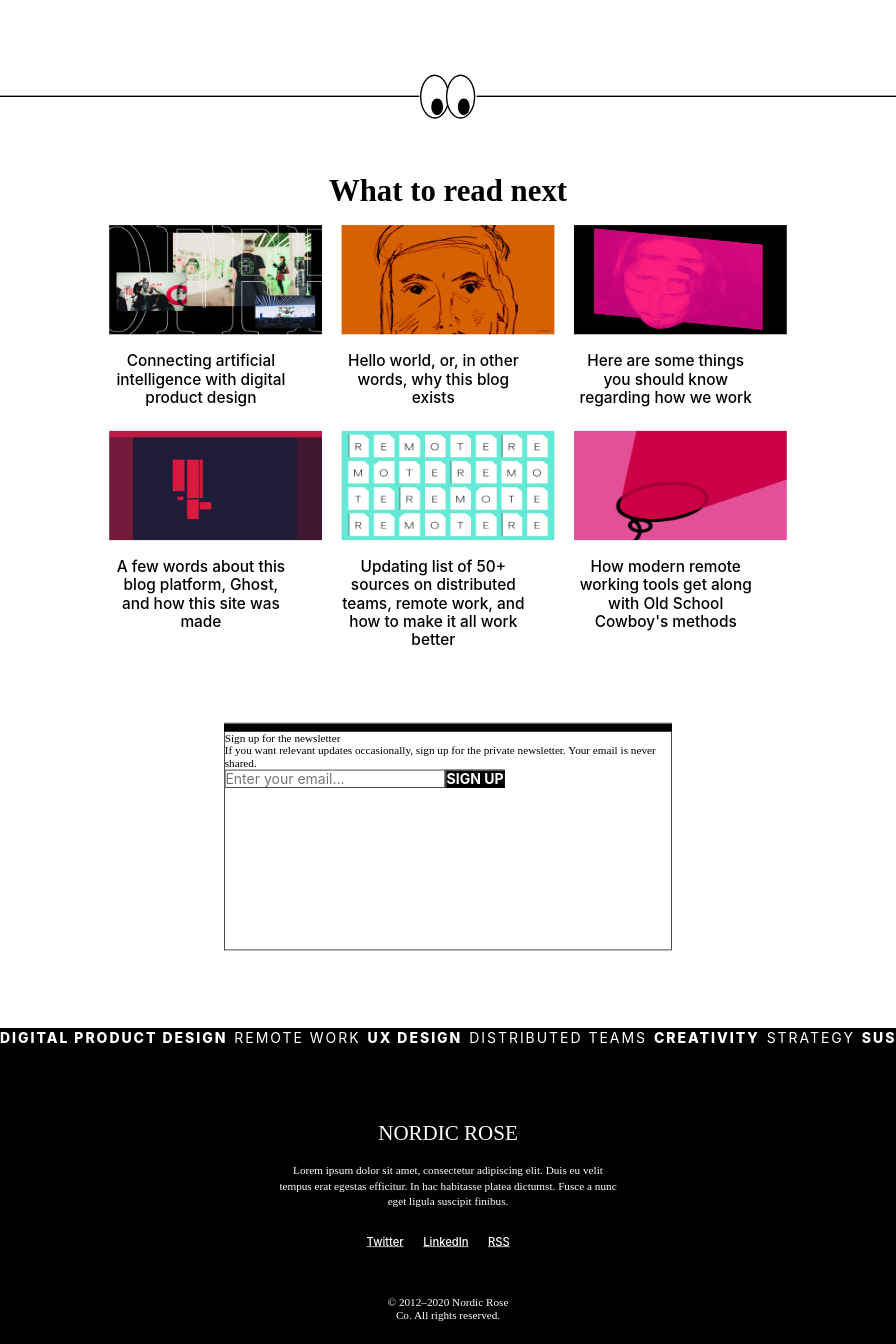
Repository: ThuTrang-jvb/JVB-BT1
Page: Page 3/article.html
The author's editor kept a copy of each file at every save. The page is drawn from the files as they stood at one save, then again after the next save.
The browser window is 1280 px wide. The pictures show the part of the page from y = 3931 to 5851 px (the page is 5851 px tall), at 70% of full size.

Above is the page before, as saved 2025-06-30 10:15:36.

### Page 3/article.html
<!DOCTYPE html>
<html lang="en">
<head>
    <meta charset="UTF-8">
    <meta name="viewport" content="width=device-width, initial-scale=1.0">
    <link rel="stylesheet" href="styleArticle.css">
    <link href="https://fonts.googleapis.com/css2?family=Playfair+Display&display=swap" rel="stylesheet">
    <title>Article</title>
</head>
<body>
    <div class="header">
        <h1>NORDIC ROSE</h1>
        <div class="nav">
            <p class="active">blog</p>
            <p>about</p>
            <p>links</p>
            <p>projects</p>
        </div>
        <div class="hamburger">
            <span></span>
            <span></span>
            <span></span>
        </div>
    </div>
    <hr>
    <div class="main">
        <div class="title">
            <h1>A few words about this blog platform, Ghost, and how this site was made</h1>
            <p>Why Ghost (& Figma) instead of Medium, <br> WordPress or other options?</p>
            <img src="image/image 2.png" alt="image 2">
            <hr>
        </div>
        <div class="status">
            <div class="status_img">
                <img src="image/anh_nen.png" alt="image 3">
                <div class="status_text">
                    <p class="bold_p">Mika MAtikainen</p>
                    <p>Apr 15, 2020 · 4 min read</p>
                </div>

            </div>

            <div class="share-buttons">
                <button class="share-btn" aria-label="Share on Facebook">
                    <svg width="18" height="18" viewBox="0 0 24 24" fill="#000" xmlns="http://www.w3.org/2000/svg">
                    <path d="M22 12.07C22 6.48 17.52 2 12 2S2 6.48 2 12.07c0 5 3.66 9.13 8.44 9.93v-7.03h-2.54v-2.9h2.54V9.41c0-2.5 1.49-3.89 3.77-3.89 1.09 0 2.24.2 2.24.2v2.46h-1.26c-1.24 0-1.63.77-1.63 1.56v1.87h2.78l-.44 2.9h-2.34v7.03C18.34 21.2 22 17.07 22 12.07z"/>
                    </svg>
                </button>
                <button class="share-btn" aria-label="Share on Twitter">
                    <svg width="18" height="18" viewBox="0 0 24 24" fill="#000" xmlns="http://www.w3.org/2000/svg">
                    <path d="M22.46 6c-.77.35-1.6.58-2.46.69a4.28 4.28 0 0 0 1.88-2.36 8.56 8.56 0 0 1-2.71 1.04 4.26 4.26 0 0 0-7.26 3.88 12.09 12.09 0 0 1-8.77-4.45 4.26 4.26 0 0 0 1.32 5.69 4.23 4.23 0 0 1-1.93-.53v.05a4.26 4.26 0 0 0 3.42 4.17 4.29 4.29 0 0 1-1.92.07 4.26 4.26 0 0 0 3.98 2.96A8.54 8.54 0 0 1 2 19.54 12.07 12.07 0 0 0 8.29 21.5c7.55 0 11.68-6.26 11.68-11.68 0-.18 0-.35-.01-.53A8.36 8.36 0 0 0 22.46 6z"/>
                    </svg>
                </button>
            </div>
        </div>
        <div class="caption">
            <pre>Lorem ipsum dolor sit amet, consectetur adipiscing elit. Duis eu velit
tempus erat egestas efficitur. In hac habitasse platea dictumst. Fusce a
nunc eget ligula suscipit finibus. Aenean pharetra quis lacus at viverra.

Class aptent taciti sociosqu ad litora torquent per conubia nostra, per
inceptos himenaeos. Aliquam quis posuere ligula. In eu dui molestie, molestie
lectus eu, semper lectus.</pre>
            <h2>Next on the pipeline</h2>
            <pre>Duis eu velit tempus erat egestas efficitur. In hac habitasse platea
dictumst. Fusce a nunc eget ligula suscipit finibus. Aenean pharetra
quis lacus at viverra. Class aptent taciti sociosqu ad litora torquent per
conubia nostra, per inceptos himenaeos.

Morbi efficitur auctor metus, id mollis lorem pellentesque id. Nullam
posuere maximus dui et fringilla. </pre>
            <figure>
                <img src="image/3cc5df540f70fc0ba5d96cdc94c3d237971a9b6e.jpg" alt="Rectangle 8">
                <figcaption>Image caption centered this way and I’ll make this a bit longer to indicate the amount of line-height. </figcaption>
            </figure>
            <pre>Aenean pharetra quis lacus at viverra. Class aptent taciti sociosqu ad
litora torquent per conubia nostra, per inceptos himenaeos. Aliquam
quis posuere ligula.

In eu dui molestie, molestie lectus eu, semper lectus. Proin at justo
lacinia, auctor nisl et, consequat ante. Donec sit amet nisi arcu. Morbi
efficitur auctor metus, id mollis lorem pellentesque id. Nullam
posuere maximus dui et fringilla. Nulla non volutpat leo.</pre>
            <p>A list looks like this:</p>
            <ul>
                <li>First item in the list</li>
                <li>Second item in the list lorem ipsum dolor sit amet nunc felis dolor lorem ipsum sit amet</li>
                <li>Third item in the list</li>
            </ul>
            <p>Class aptent taciti sociosqu ad litora torquent per conubia nostra, per inceptos himenaeos. Aliquam quis posuere ligula. </p>
            <p>Thanks for reading,<br>
            Mika</p>
        </div>
        <div class="links">
            <div class="share-buttons">
                <button class="share-btn" aria-label="Share on Facebook">
                    <svg width="18" height="18" viewBox="0 0 24 24" fill="#000" xmlns="http://www.w3.org/2000/svg">
                        <path d="M22 12.07C22 6.48 17.52 2 12 2S2 6.48 2 12.07c0 5 3.66 9.13 8.44 9.93v-7.03h-2.54v-2.9h2.54V9.41c0-2.5 1.49-3.89 3.77-3.89 1.09 0 2.24.2 2.24.2v2.46h-1.26c-1.24 0-1.63.77-1.63 1.56v1.87h2.78l-.44 2.9h-2.34v7.03C18.34 21.2 22 17.07 22 12.07z"/>
                        <span>Share on Facebook</span>
                    </svg>
                </button>
                <button class="share-btn" aria-label="Share on Twitter">
                    <svg width="18" height="18" viewBox="0 0 24 24" fill="#000" xmlns="http://www.w3.org/2000/svg">
                    <path d="M22.46 6c-.77.35-1.6.58-2.46.69a4.28 4.28 0 0 0 1.88-2.36 8.56 8.56 0 0 1-2.71 1.04 4.26 4.26 0 0 0-7.26 3.88 12.09 12.09 0 0 1-8.77-4.45 4.26 4.26 0 0 0 1.32 5.69 4.23 4.23 0 0 1-1.93-.53v.05a4.26 4.26 0 0 0 3.42 4.17 4.29 4.29 0 0 1-1.92.07 4.26 4.26 0 0 0 3.98 2.96A8.54 8.54 0 0 1 2 19.54 12.07 12.07 0 0 0 8.29 21.5c7.55 0 11.68-6.26 11.68-11.68 0-.18 0-.35-.01-.53A8.36 8.36 0 0 0 22.46 6z"/>
                    <span>Share on Twitter</span>
                    </svg>
                </button>
            </div>
        </div>
        <div class="tag">
            <p>Tags: <a href="#">product design</a>, <a href="#">culture</a></p>
            <hr>
            <div class="status_tag">
                <img src="image/anh_nen.png" alt="image 3">
                <div class="status_text_end">
                    <p> <b>MIKA MATIKAINEN</b> is a Design Founder & Advisor, Berlin School of Creative Leadership Executive MBA participant, Zippie advisor, Wolt co-founder, and Nordic Rose stakeholder.  </p>
                </div>

            </div>
        </div>
    </div>
    <div class="divider">
        <div class="path"></div>
        <div class="eyes">
            <div class="eye eye-left">
                <div class="pupil"></div>
            </div>
            <div class="eye eye-right">
                <div class="pupil"></div>
            </div>
        </div>
        <div class="path"></div>
    </div>
    <div>
        <h3>What to read next</h3>
        <div class="image">
            <div class="image_line">
                <img src="image/image1.png" alt="Rectangle 4">
                <p>Connecting artificial intelligence with digital product design</p>
            </div>
            <div class="image_line">
                <img src="image/image2.png" alt="Rectangle 11">
                <p>Hello world, or, in other words, why this blog exists</p>
            </div>
            <div class="image_line">
                <img src="image/image.png" alt="Rectangle 10">
                <p>Here are some things you should know regarding how we work </p>
            </div>
        </div>
        <div class="image_desktop">
            <div class="image_line">
                <img src="image/image13.png" alt="Rectangle 37">
                <p>A few words about this blog platform, Ghost, and how this site was made</p>
            </div>
            <div class="image_line">
                <img src="image/image12.png" alt="Rectangle 39">
                <p>Updating list of 50+ sources on distributed teams, remote work, and how to make it all work better</p>
            </div>
            <div class="image_line">
                <img src="image/image11.png" alt="Rectangle 38">
                <p>How modern remote working tools get along with Old School Cowboy's methods</p>
            </div>
        </div>
    </div>
    <hr>
    <div class="frame">
        <p class="sign">Sign up for the newsletter</p>
        <p>If you want relevant updates occasionally, sign up for the private newsletter. Your email is never shared. </p>
        <div class="email">
            <input type="email" placeholder="Enter your email...">
            <button>SIGN UP</button>
        </div>
    </div>



    <div class="footer">
        <div class="line-wrap">
            <div class="line">
                <span class="bold">Digital product design</span>
                <span>Remote work</span>
                <span class="bold">UX design</span>
                <span>Distributed teams</span>
                <span class="bold">Creativity</span>
                <span>Strategy</span>
                <span class="bold">Suspense</span>
                <span>Growth</span>
            </div>
        </div>
        <p class="logo">NORDIC ROSE</p>
        <p class="para">Lorem ipsum dolor sit amet, consectetur adipiscing elit. Duis eu velit tempus erat egestas efficitur. In hac habitasse platea dictumst. Fusce a nunc eget ligula suscipit finibus. </p>
        <div class="info">
            <p>Twitter</p>
            <p>LinkedIn</p>
            <p>RSS</p>
        </div>
        <p class="year">© 2012–2020 Nordic Rose Co. All rights reserved. </p>
    </div>
</body>
</html>

### Page 3/styleArticle.css
 * {
    margin: 0;
    padding: 0;
    box-sizing: border-box;
 }
.header {
    width: 100%;
    max-width: 1440px;
    height: auto;
    box-sizing: border-box;
    justify-content: space-between;
    align-items: center;
    display: flex;
    gap: 476.59px;
    padding: 52.54px 61px 40px 63.58px;
    height: 134px;
}
.header h1 {
    font-weight: 400;
    font-size: 30px;
}
.hamburger {
  display: none;
  flex-direction: column;
  gap: 5px;
  cursor: pointer;
}

.hamburger span {
  width: 25px;
  height: 3px;
  background-color: black;
  display: block;
  border-radius: 2px;
}
.nav {
    display: flex;
    justify-content: center;
    gap: 34px;
}
.nav p {
    position: relative;
    font-family: New York Small;
    font-weight: 500;
    font-size: 20px;
    line-height: 170%;
    letter-spacing: 2.8px;
    text-align: center;
    text-transform: uppercase;
    margin: 0;
    text-decoration: none;

}

.nav p.active::after {
    content: "";
    position: absolute;
    bottom: -43px;
    left: 50%;
    transform: translateX(-50%);
    width: 50px;
    height: 2px;
    background-color: #000;
}

hr {
  width: 100vw;
  border: none;
  border-top: 1px solid #ccc;
  margin: 0;
}
.title img {
    width: 100vw;
    height: auto;
    display: block;
    padding-bottom: 44px;
    margin: 0 auto;
}
.title h1 {
    font-family: New York Extra Large;
    font-weight: 700;
    font-size: 54px;
    line-height: 100%;
    letter-spacing: 0%;
    text-align: center;
    margin: 0 auto;
    max-width: 858px;
    padding-top: 52px;
    padding-bottom: 32px;
}
.title p {
    font-family: SF Mono;
    font-weight: 400;
    font-size: 20px;
    line-height: 170%;
    letter-spacing: 0%;
    text-align: center;
    max-width: 592px;
    margin: 0 auto;
    padding-bottom: 52px;

}
.title hr {
    border: 2px solid #000000;
    width: 640px;
    display: block;
    margin: 0 auto;
}
.status_img img {
    width: 56px;
    height: 56px;
    object-fit: cover;
    border-radius: 50%;
}
.share-buttons {
    display: flex;
    border: 2px solid #e0e0e0;
    border-radius: 5px;
    overflow: hidden;
    width: fit-content;
    background-color: #fff;
    margin-left: 273px;
    margin-top: 1px;
}
.share-btn {
    border: none;
    padding: 12.04px 25px;
    background: transparent;
    cursor: pointer;
    display: flex;
    align-items: center;
    justify-content: center;
    outline: none;
    gap: 16px;
}

.share-btn + .share-btn {
    border-left: 1px solid #e0e0e0;
}

.share-btn svg {
    width: 20px;
    height: 20px;
}
.status {
    display: flex;
    justify-content: center;
    align-items: center;
}
.status_img {
    display: flex;
    align-items: center;
    gap: 5px;
    padding-top: 24px;
    padding-bottom: 53px;
}
.bold_p {
    max-width: 191px;
    font-family: SF Pro Text;
    font-weight: 700;
    font-size: 16px;
    line-height: 100%;
    letter-spacing: 5%;
    text-transform: uppercase;
}
.status_text p {
    font-family: SF Pro Text;
    font-weight: 400;
    font-size: 16px;
    line-height: 100%;
    letter-spacing: 0%;
}
.status_text {
    padding-top: 5px;
}
.caption pre{
    text-align: left;
    margin: 0 auto;
    max-width: 640px;
    font-family: 'SF Pro Text', 'New York Medium', serif;
    font-weight: 400;
    font-size: 20px;
    line-height: 170%;
    letter-spacing: 0%;

}

.caption h2 {
    font-family: SF Pro Display;
    font-weight: 700;
    font-size: 32px;
    line-height: 160%;
    letter-spacing: 0%;
    padding-top: 57px;
    padding-bottom: 24px;
    text-align: left;
    max-width: 640px;
    margin: 0 auto;
}
.caption img {
    width: 854px;
    height: 570px;
    display: block;
    margin: 0 auto;
    padding-top: 52px;
    padding-bottom: 12px;
}
figcaption {
    max-width: 481px;
    text-align: center;
    margin: 0 auto;
    padding-bottom: 52px;
}
.caption p {
    font-family: New York Medium;
    font-weight: 400;
    font-size: 20px;
    line-height: 170%;
    letter-spacing: 0%;
    text-align: left;
    margin: 0 auto;
    max-width: 640px;
    padding-top: 52px;
}
li {
    font-family: New York Medium;
    font-weight: 400;
    font-size: 20px;
    line-height: 170%;
    letter-spacing: 0%;
    text-align: left;
    margin: 0 auto;
    max-width: 588px;
}
ul {
    padding-top: 19px;
}
.links {
    display: block;
    margin: 0 auto;
    padding-top: 77px;

}
.links .share-buttons{
    margin: 0 auto;
}
.links .share-btn {
    padding: 19px 70px;
}
.tag p {
    max-width: 640px;
    text-align: left;
    margin: 0 auto;
    padding-top: 32px;
    padding-bottom: 34px;
    font-family: SF Pro Text;
    font-weight: 500;
    font-size: 16px;
    line-height: 100%;
    letter-spacing: 3%;

}
.tag hr {
    border: 1px dotted #000000;
    width: 640px;
    display: block;
    margin: 0 auto;
}
.status_text_end {
    display: flex;
    max-width: 543px;
    text-align: left;
    margin: 0 auto;
    font-family: SF Pro Text;
    font-weight: 400;
    font-size: 16px;
    line-height: 160%;
    letter-spacing: 5%;

}
.status_tag img {
    width: 70px;
    height: 70px;
    object-fit: cover;
    border-radius: 50%;
}
.status_tag {
    display: flex;
    align-items: center;
    gap: 24px;
    max-width: 640px;
    margin: 0 auto;
}



.footer {
    background-color: #000000;
    color: white;
    text-align: center;
    padding-bottom:32px;
}
.bold {
    font-weight: 800;
}
.line {
    display: flex;
    flex-wrap: nowrap;
    overflow-x: auto;
    max-width: 100%;
    letter-spacing: 2.8px;
    white-space: nowrap;
    padding-bottom: 105.12px;
    scrollbar-width: none;
    gap: 10px;
}
.line::-webkit-scrollbar {
    display: none;
}
.line-wrapper {
  width: 100vw;
  overflow-x: auto;
}
.line span {
    font-family: SF Pro Text;
      font-size: 20px;
      color: #fff;
      text-transform: uppercase;
      display: inline-flex;
      flex-wrap: nowrap;
      justify-content: center;
      flex-shrink: 0;
      line-height: 28px;
}
    .divider {
      display: flex;
      align-items: center;
      justify-content: center;
      margin: 100px 0 40.71px;
    }

    .path {
      flex: 1;
      height: 2.5px;
      background-color: black;
    }

    .eyes {
      display: flex;
      width: 82px;
      height: 64px;
      align-items: center;
      position: relative;
    }

    .eye {
      width: 42.29px;
      height: 62.86px;
      background: white;
      border: 2.5px solid black;
      border-radius: 50%;
      position: absolute;
    }

    .eye-left {
      left: 0.5px;
    }

    .eye-right {
      left: 38px;
    }

    .pupil {
      width: 17.14px;
      height: 24.29px;
      background: black;
      border-radius: 50%;
      position: absolute;
      top: 55%;
      left: 38%;
    }
.image, .image_desktop {
    display: grid;
    grid-template-columns: repeat(3, 0fr);
    justify-content: center;
    gap: 28px
}
.image_line img {
    width: 304px;
    height: 176px;
    padding-bottom: 20px;
}
.image_line p {
    font-family: SF Pro Display;
    font-weight: 500;
    font-size: 22px;
    line-height: 120%;
    letter-spacing: 0%;
    text-align: center;
    max-width: 262px;
    padding-bottom: 34px;
}
h3 {
    font-family: New York Extra Large;
    font-weight: 700;
    font-size: 44px;
    line-height: 100%;
    letter-spacing: 0%;
    text-align: center;
    padding-top: 40.71px;
    padding-bottom: 27px;
}
.email {
    display: flex;
    ju
}
.frame {
    width: 640px;
    height: 313px;
    border: 1px solid #000000;
    display: block;
    margin: 0 auto 111px;
}
hr {
    background: #000000;
    width: 640px;
    height: 12px;
    display: block;
    margin: 0 auto;
    margin-top: 71px;
}
button {
    background-color: #000000;
    color: white;
    font-family: SF Pro Text;
    font-weight: 700;
    font-size: 20px;
    line-height: 100%;
    letter-spacing: 5%;
    text-align: center;
    text-transform: uppercase;
}
input {
    border: 1px solid #000000;
    font-family: SF Pro Text;
    font-weight: 400;
    font-size: 20px;
    line-height: 100%;
    letter-spacing: 0%;
}










.footer h1 {
    padding-bottom: 25.58px;
}
.para {
    font-family: New York Small;
    font-weight: 400;
    font-size: 16px;
    line-height: 140%;
    text-align: center;
    max-width: 488px;
    padding-bottom: 32px;
    margin: 0 auto;
}
.info {
    display: flex;
    justify-content: center;
    max-width: 209px;
    padding-bottom: 64px;
    margin: 0 auto;
}

.info p {
    margin: 0;
    font-family: SF Pro Text;
    font-weight: 500;
    font-size: 16px;
    line-height: 170%;
    text-decoration: underline;
    padding-right: 28px;
}
.logo {
    margin: 0;
    font-weight: 400;
    font-size: 30px;
    padding-bottom: 25.58px;
}
.footer .year {
    max-width: 178px;
    text-align: center;
    margin: 0 auto;
}
@media screen and (max-width: 767px) {
    .header {
        padding: 24px 20px;
        gap: 0;
    }

    .nav {
        display: none;
    }

    .hamburger {
        display: flex;
    }
    hr {
        width: 100%;
    }
    .main {
        padding: 52px 0 0 0;
    }

    .title img {
        width: 100%;
        height: auto;
        display: block;
        margin: 0;
    }

    .title h1 {
        font-size: 36px;
        max-width: 100%;
        text-align: center;
        padding-bottom: 24px;
        margin: 0 auto;
    }

    .title p {
        font-size: 16px;
        max-width: 90%;
        text-align: center;
        padding-bottom: 36px;
    }

    .title hr {
        width: 90%;

    }




    .line {
        margin: 0;
        padding-bottom: 32px;
        justify-content: flex-start;
        max-width: 100vw;
        overflow-x: auto;
    }

    .line span {
        font-size: 14px;
        line-height: 24px;
    }

    .logo {
        font-size: 20px;
        padding-bottom: 16px;
    }

    .para {
        font-size: 14px;
        padding-bottom: 32px;
        margin: 0 auto;
        max-width: 90%;
    }

    .info {
        justify-content: center;
        gap: 16px;
        font-size: 14px;
        padding-bottom: 64px;
        max-width: 100%;
    }

    .footer .year {
        font-size: 12px;
        padding: 0 16px;
    }
}

After the next save:
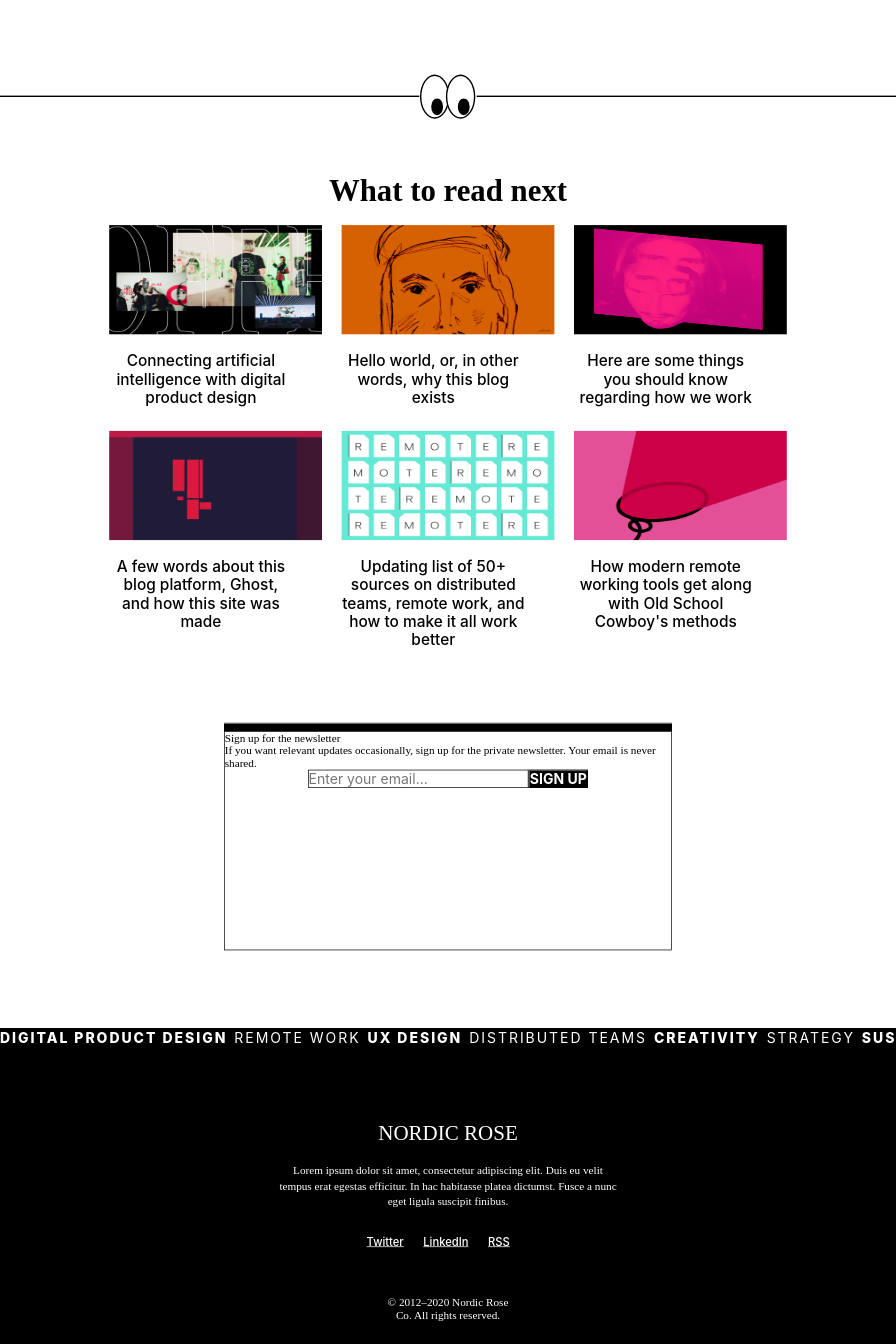
Saved 4 s later.
--- a/Page 3/styleArticle.css
+++ b/Page 3/styleArticle.css
@@ -412,7 +412,7 @@ h3 {
 }
 .email {
     display: flex;
-    ju
+    justify-content: center;
 }
 .frame {
     width: 640px;
